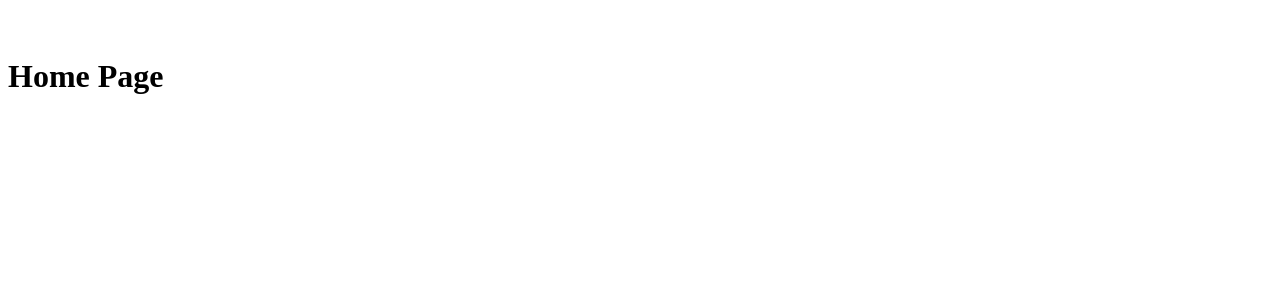
Repository: raparisonbryan/Vamt
Page: /
An editor plug-in stored every save of this project. The page is shown before and after a run of saves, followed by the edit.
The browser window is 1280 px wide. The pictures show the whole page.
The project was rebuilt for these pictures with package versions that can differ from the ones it lists, and the page was loaded fresh each time. Also part of the build but not shown: src/components/UI/elements/NavBar/NavBarTab.jsx.

Above is the page before, as saved 2023-03-07 15:21:41.

### src/App.js
import HomePage from "./components/templates/HomePage/HomePage";
import Default from "./components/UI/layouts/Default";

function App() {
  return (
    <>
      <Default>
        <HomePage />
      </Default>
    </>
  );
}

export default App;

### src/components/templates/HomePage/HomePage.jsx
export default function HomePage() {
    return (
        <>
            <div>
                <h1>Home Page</h1>
            </div>
        </>
    );
}

### src/components/UI/layouts/Default.jsx
import styles from "./Default.module.scss";
import NavBar from '../modules/NavBar/NavBar';

export default function Default({children}) {
    return (
        <>
            <div className={styles.default}>
                <div className={styles.content}>{children}</div>
            </div>
        </>
    )
}

### src/components/UI/layouts/Default.module.scss
@import 'src/styles/settings.scss';

.content {
    margin-top: $navbarHeight;
}

### src/styles/settings.scss
$navbarHeight: 8vh;
$navbarColor: #0D1F2D;
$fsize: 1.5rem;
$navfont: 'Montserrat', sans-serif;
$navbarItemColor: #fff;
$navbarItemHoverColor: #F2C94C;
$navbarTextSize: 1.2rem;
$fontFamily: 'Montserrat', sans-serif;

### src/components/UI/modules/NavBar/NavBar.jsx
import NavBarTab from "../../elements/NavBar/NavBarTab";
//import styles from "./NavBar.module.scss";


export default function NavBar() {
    return (
        <>
            <NavBarTab label="Home" link="/about" />
        </>
    )
}

Loaded but not shown: public/index.html (common file); src/index.js (common file); src/components/UI/elements/NavBar/NavBarTab.module.scss (no stored copy; drawn as an empty file)

After the next 2 saves:
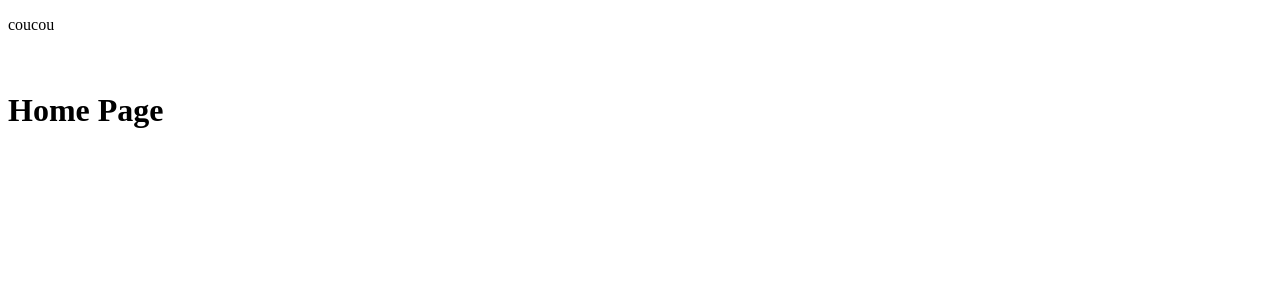
The 2 saves are shown as one change because 1 did not build or start.
The last was saved 38 s later.
--- a/src/components/UI/layouts/Default.jsx
+++ b/src/components/UI/layouts/Default.jsx
@@ -5,6 +5,7 @@ export default function Default({children}) {
     return (
         <>
             <div className={styles.default}>
+                <NavBar/>
                 <div className={styles.content}>{children}</div>
             </div>
         </>
--- a/src/components/UI/modules/NavBar/NavBar.jsx
+++ b/src/components/UI/modules/NavBar/NavBar.jsx
@@ -5,7 +5,7 @@ import NavBarTab from "../../elements/NavBar/NavBarTab";
 export default function NavBar() {
     return (
         <>
-            <NavBarTab label="Home" link="/about" />
+            <p>coucou</p>
         </>
     )
 }
